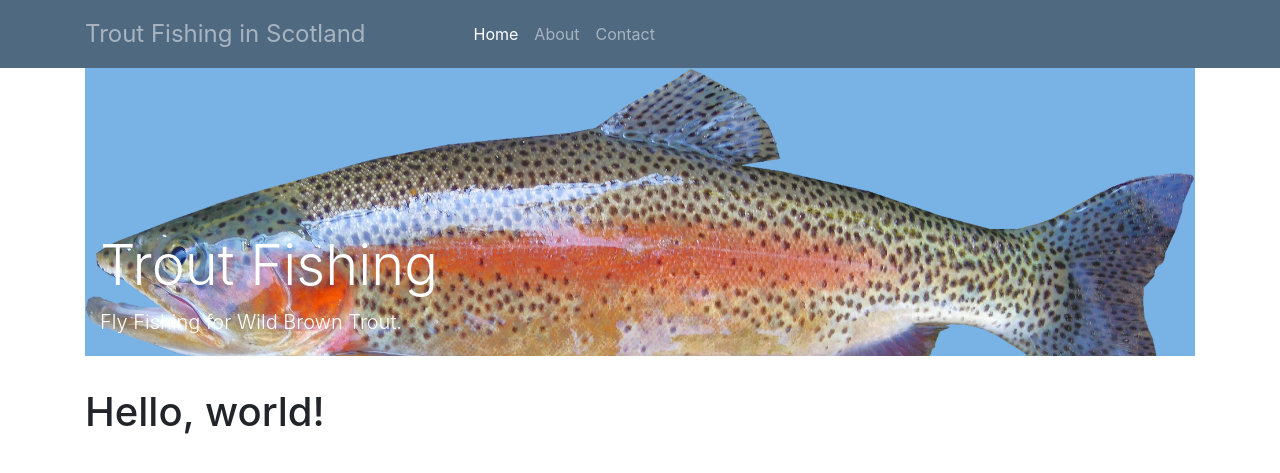
Repository: adrian9211/College_project
Page: index.html
An editor plug-in stored every save of this project. The page is shown before and after the next save, followed by the edit.
The browser window is 1280 px wide. The pictures show the whole page.

Above is the page before, as saved 2020-10-28 14:17:22.

### index.html
<!doctype html>
<html lang="en">
  <head>
    <!-- Required meta tags -->
    <meta charset="utf-8">
    <meta name="viewport" content="width=device-width, initial-scale=1, shrink-to-fit=no">

    <!-- Bootstrap CSS -->
    <link rel="stylesheet" href="https://cdn.jsdelivr.net/npm/bootstrap@4.5.3/dist/css/bootstrap.min.css" integrity="sha384-TX8t27EcRE3e/ihU7zmQxVncDAy5uIKz4rEkgIXeMed4M0jlfIDPvg6uqKI2xXr2" crossorigin="anonymous">
    <link rel="stylesheet" href="css/style.css">

    <title>Trout fishing in Scotland</title>
  </head>
  <body>
      <!-- Navigation  bar start -->
    <nav class="navbar navbar-expand-md navbar-dark sticky-top" role="navigation" id="navbar2" style="background-color: #4F6980;">
        <div class="container">
          <a href="index.html"><span class="navbar-text">Trout Fishing in Scotland</span></a>
          <button class="navbar-toggler" data-toggle="collapse" data-target="#collapse_target">
            <span class="navbar-toggler-icon"></span>
          </button>
          <div class="collapse navbar-collapse" id="collapse_target">
          <ul class="navbar-nav " >
            <li class="nav-item active">
              <a class="nav-link " href="index.html">Home </a>
            </li>
            <li class="nav-item ">
              <a class="nav-link " href="about.html">About</a>
            </li>
            <li class="nav-item ">
              <a class="nav-link " href="contact.html">Contact</a>
            </li>
          </ul>
        </div>
        </div>
      </nav>
      <!-- Navigation  bar end -->
      <div class="container">
        <div class="jumbotron jumbotron-fluid">
            <div class="container alt">
              <h1 class="display-4">Trout Fishing</h1>
              <p class="lead">Fly Fishing for Wild Brown Trout.</p>
            </div>
        </div>
          <main>

          </main>
        <h1>Hello, world!</h1>

        </div>
    <!-- Scripts for bootstrap -->
    <script src="https://code.jquery.com/jquery-3.5.1.slim.min.js" integrity="sha384-DfXdz2htPH0lsSSs5nCTpuj/zy4C+OGpamoFVy38MVBnE+IbbVYUew+OrCXaRkfj" crossorigin="anonymous"></script>
    <script src="https://cdn.jsdelivr.net/npm/bootstrap@4.5.3/dist/js/bootstrap.bundle.min.js" integrity="sha384-ho+j7jyWK8fNQe+A12Hb8AhRq26LrZ/JpcUGGOn+Y7RsweNrtN/tE3MoK7ZeZDyx" crossorigin="anonymous"></script>
  </body>
</html>

### css/style.css
.jumbotron {
    background-image: url("../img/trout.png");
    background-color: #79b3e6;
    background-size: cover;
    height: 40vh;
}

.alt h1, p {
    position: relative;
    top: 100px;
    color: #fff;
}

.navbar-text {
    font-size: 1.5rem;
    padding-right: 100px;
}

After the next save:
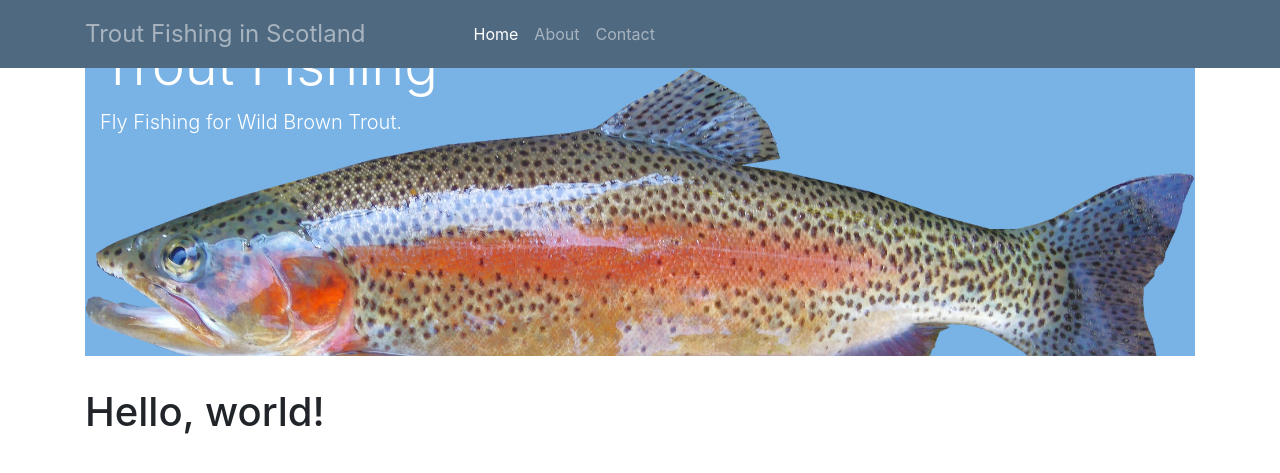
Saved 5 s later.
--- a/css/style.css
+++ b/css/style.css
@@ -7,7 +7,7 @@
 
 .alt h1, p {
     position: relative;
-    top: 100px;
+    top: -100px;
     color: #fff;
 }
 
